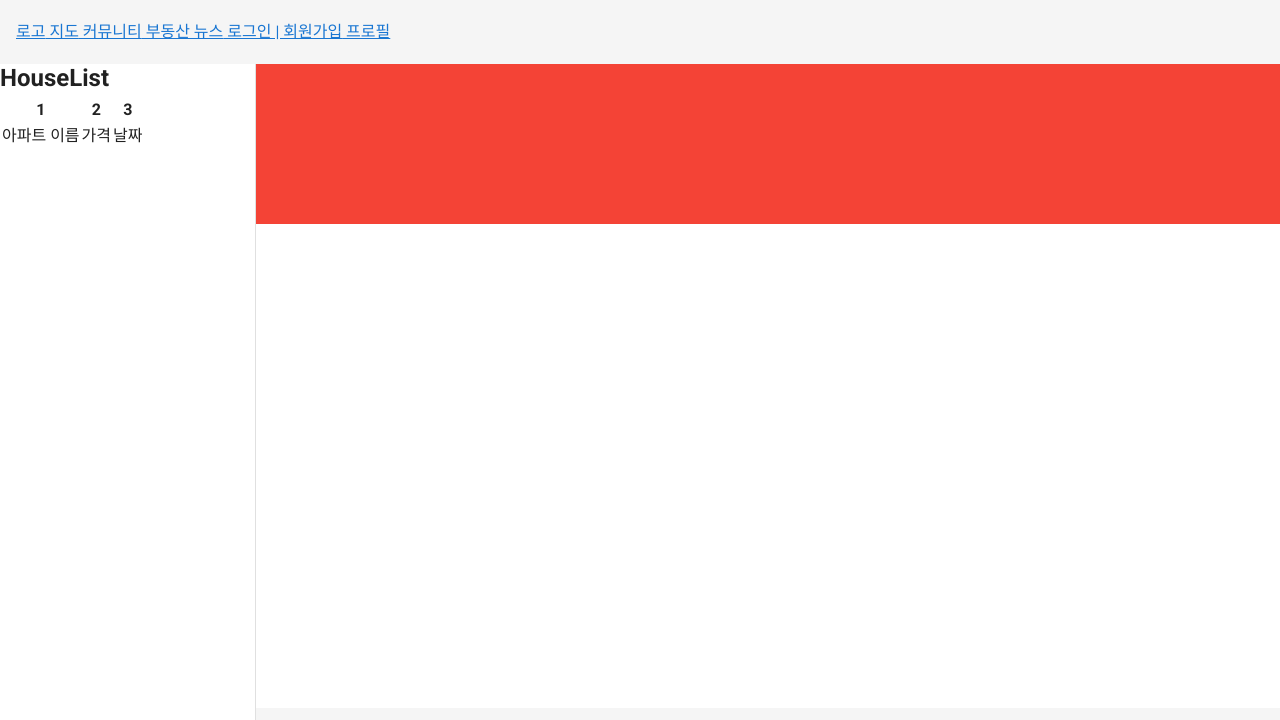
Repository: misso88/vue-whereIsMyHome
Page: /map
These files come from the project's save history. The page is drawn as it stood at one moment and after the next save; the edit follows.
The browser window is 1280 px wide. The pictures show the whole page.
The project was rebuilt for these pictures with package versions that can differ from the ones it lists, and the page was loaded fresh each time. Also part of the build but not shown: vue.config.js, src/views/AppMain.vue, src/views/AppNews.vue.

Above is the page before, as saved 2022-11-16 10:21:02.

### public/index.html
<!DOCTYPE html>
<html lang="en">
  <head>
    <meta charset="utf-8" />
    <meta http-equiv="X-UA-Compatible" content="IE=edge" />
    <meta name="viewport" content="width=device-width,initial-scale=1.0" />
    <link rel="icon" href="<%= BASE_URL %>favicon.ico" />
    <title><%= htmlWebpackPlugin.options.title %></title>
    <link
      rel="stylesheet"
      href="https://fonts.googleapis.com/css?family=Roboto:100,300,400,500,700,900"
    />
    <link
      rel="stylesheet"
      href="https://cdn.jsdelivr.net/npm/@mdi/font@latest/css/materialdesignicons.min.css"
    />
    <link
      rel="stylesheet"
      href="https://fonts.googleapis.com/css?family=Roboto:100,300,400,500,700,900"
    />
    <link
      rel="stylesheet"
      href="https://cdn.jsdelivr.net/npm/@mdi/font@latest/css/materialdesignicons.min.css"
    />
    <!-- <style>
      html{
        overflow-y: hidden !important;
      }
    </style> -->
  </head>
  <body>
    <noscript>
      <strong
        >We're sorry but <%= htmlWebpackPlugin.options.title %> doesn't work properly without
        JavaScript enabled. Please enable it to continue.</strong
      >
    </noscript>
    <div id="app"></div>
    <!-- built files will be auto injected -->
  </body>
</html>

### src/App.vue
<template>
  <v-app>
    <v-app-bar app elevation="0" >
      <the-header></the-header>
    </v-app-bar>
    <v-main>
      <router-view></router-view>
    </v-main>
    <v-footer app></v-footer>
  </v-app>
</template>

<script>
import TheHeader from "@/components/layout/TheHeader";

export default {
  name: "App",
  components: {
    TheHeader,
  },
};
</script>

### src/router/index.js
import Vue from 'vue'
import VueRouter from 'vue-router'

import AppMain from '@/views/AppMain'
import AppHouse from '@/views/AppHouse'
// import AppCommunity from '@/views/AppCommunity'
import AppNews from '@/views/AppNews'
// import AppMember from '@/views/AppMember'


Vue.use(VueRouter)

const routes = [
  {
    path: '/',
    name: 'main',
    component: AppMain
  },
  {
    path: '/map',
    name: 'map',
    component: AppHouse
  },
  {
    path: '/community',
    name: 'community',
    component: () => import("@/views/AppCommunity"),
    redirect: "/community/list",
    children: [
      {
        path: "list",
        name: "boardlist",
        component: () => import("@/components/board/BoardList")
      },
    ]
  },
  {
    path: '/news',
    name: 'news',
    component: AppNews
  },
  {
    path: '/member',
    name: 'member',
    component: () => import("@/views/AppMember"),
    children: [
      {
        path: "login",
        name: "login",
        component: () => import("@/components/member/MemberLogin")
      },
      {
        path: "join",
        name: "join",
        component: () => import("@/components/member/MemberJoin")
      },
    ]
  },
  {
    path: "/profile",
    name: "profile",
    component: () => import("@/views/TempProfile"),
    children: [
      {
        path: "mypage",
        name: "mypage",
        component: () => import("@/components/profile/ProfileMypage")
      },
      {
        path: "wishlist",
        name: "wishlist",
        component: () => import("@/components/profile/ProfileWishlist")
      },
      {
        path: "notice",
        name: "notice",
        component: () => import("@/components/profile/ProfileNotice")
      },
      {
        path: "helpcenter",
        name: "helpcenter",
        component: () => import("@/components/profile/ProfileHelpcenter")
      },
    ]
  },
]

const router = new VueRouter({
  mode: 'history',
  base: process.env.BASE_URL,
  routes
})

export default router

### src/store/index.js
import Vue from 'vue'
import Vuex from 'vuex'
import createPersistedState from "vuex-persistedstate";

Vue.use(Vuex)

export default new Vuex.Store({
  state: {
    type: null,
  },
  getters: {
  },
  mutations: {
    SET_TYPE (state, type) {
      state.type = type;
    },
  },
  actions: {
  },
  modules: {},
  plugins: [
    createPersistedState({
      // 브라우저 종료시 제거하기 위해 localStorage가 아닌 sessionStorage로 변경. (default: localStorage)
      storage: sessionStorage,
    }),
  ],

})

### src/components/layout/TheHeader.vue
<template>
  <div>
    <router-link :to="{ name: 'main' }" > 로고</router-link>
    <router-link :to="{ name: 'map'}" > 지도</router-link>
    <router-link :to="{ name: 'community'}" > 커뮤니티</router-link>
    <router-link :to="{ name: 'news'}" > 부동산 뉴스</router-link>
    <router-link :to="{ name: 'login'}" > 로그인 | 회원가입</router-link>
    <router-link :to="{ name: 'profile'}" > 프로필</router-link>
  </div>
</template>

<script>
export default {
    name: "TheHeader",
    data() {
        return {};
    }
}
</script>

<style>

</style>

### src/views/AppHouse.vue
<template>
  <v-main class="red">
    <v-navigation-drawer permanent clipped fixed>
      <house-sidebar></house-sidebar>
    </v-navigation-drawer>
    <v-container fluid>
      <house-map></house-map>
    </v-container>
  </v-main>
</template>

<script>
import HouseSidebar from "@/components/house/sidebar/HouseSidebar";
import HouseMap from "@/components/house/map/HouseMap";

export default {
  name: "AppHouse",
  components: {
    HouseSidebar,
    HouseMap
  }
};
</script>

<style>

</style>

### src/components/house/sidebar/HouseSidebar.vue
<template>
  <div>
    <h2>HouseSidebar</h2>
    <house-list-filter></house-list-filter>
    <house-list></house-list>
  </div>
</template>

<script>
import HouseList from "@/components/house/sidebar/HouseList";
import HouseListFilter from "@/components/house/sidebar/HouseListFilter";

export default {
    name: "HouseSidebar",
    components: {
        HouseList,
        HouseListFilter
    }
};
</script>

<style>

</style>

### src/components/house/map/HouseMap.vue
<template>
  <div>
    <house-map-filter></house-map-filter>
    <h2>HouseMap</h2>
  </div>
</template>

<script>
import HouseMapFilter from "@/components/house/map/HouseMapFilter";
export default {
    name: "HouseMap",
    components: {
        HouseMapFilter
    }
}
</script>

<style>

</style>

### src/components/house/sidebar/HouseList.vue
<template>
  <div>
    <h2>HouseList</h2>
    <table>
        <thead>
            <th>1</th>
            <th>2</th>
            <th>3</th>
        </thead>
        <house-list-item></house-list-item>
    </table>
    <house-detail></house-detail>
  </div>
</template>

<script>
import HouseListItem from "@/components/house/sidebar/HouseListItem";
export default {
    name: "HouseList",
    components: {
        HouseListItem
    },
};
</script>

<style>

</style>

### src/components/house/sidebar/HouseListFilter.vue
<template>
  <div>
    <button>filter1</button>
    <button>filter2</button>
    <button>filter3</button>
  </div>
</template>

<script>
export default {
    name: "HouseListFilter"
}
</script>

<style>

</style>

### src/components/house/map/HouseMapFilter.vue
<template>
  <div>
    <button>mapFilter1</button>
    <button>mapFilter2</button>
    <button>mapFilter3</button>
  </div>
</template>

<script>
export default {
    name: "HouseMapFilter"
}
</script>

<style>

</style>

### src/components/house/sidebar/HouseListItem.vue
<template>
  <tr>
    <td>아파트 이름</td>
    <td>가격</td>
    <td>날짜</td>
  </tr>
</template>

<script>
    export default {
        name: "HouseListItem",
    }
</script>

<style>

</style>

Loaded but not shown: src/main.js (common file); src/plugins/vuetify.js (common file)

After the next save:
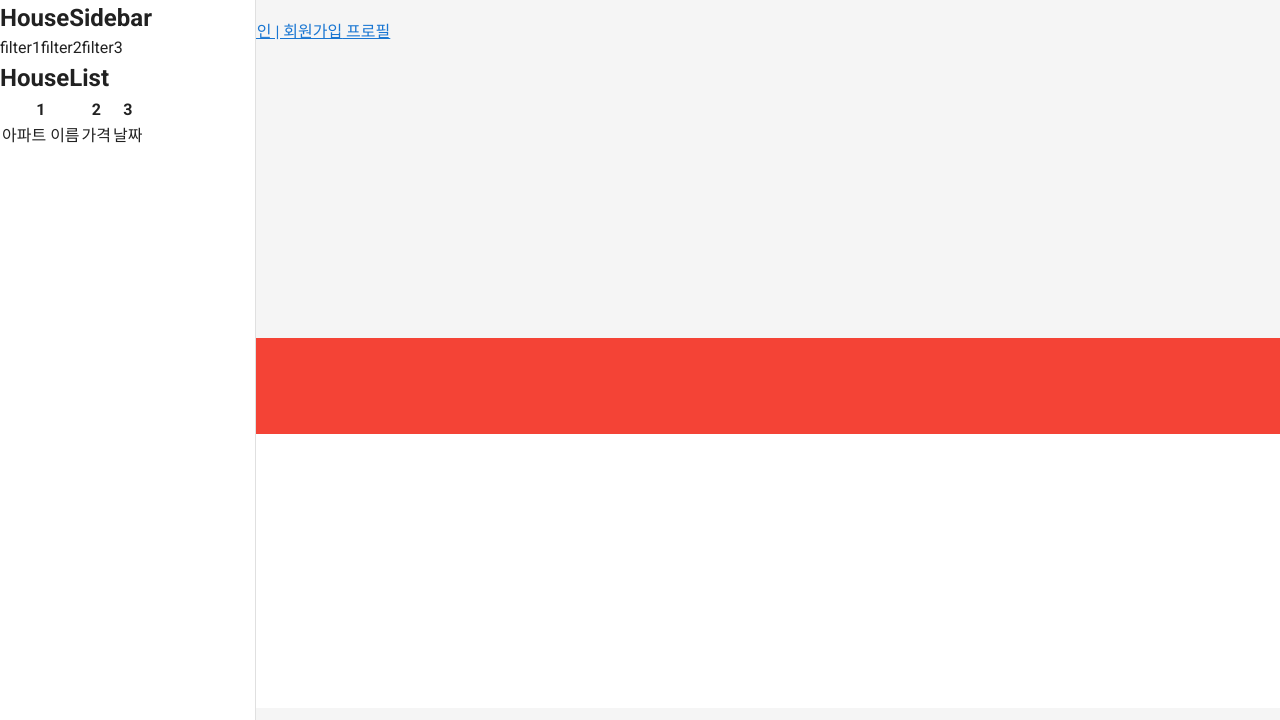
Saved 63 s later.
--- a/src/App.vue
+++ b/src/App.vue
@@ -1,6 +1,6 @@
 <template>
   <v-app>
-    <v-app-bar app elevation="0" >
+    <v-app-bar  elevation="0" >
       <the-header></the-header>
     </v-app-bar>
     <v-main>

After the save that followed:
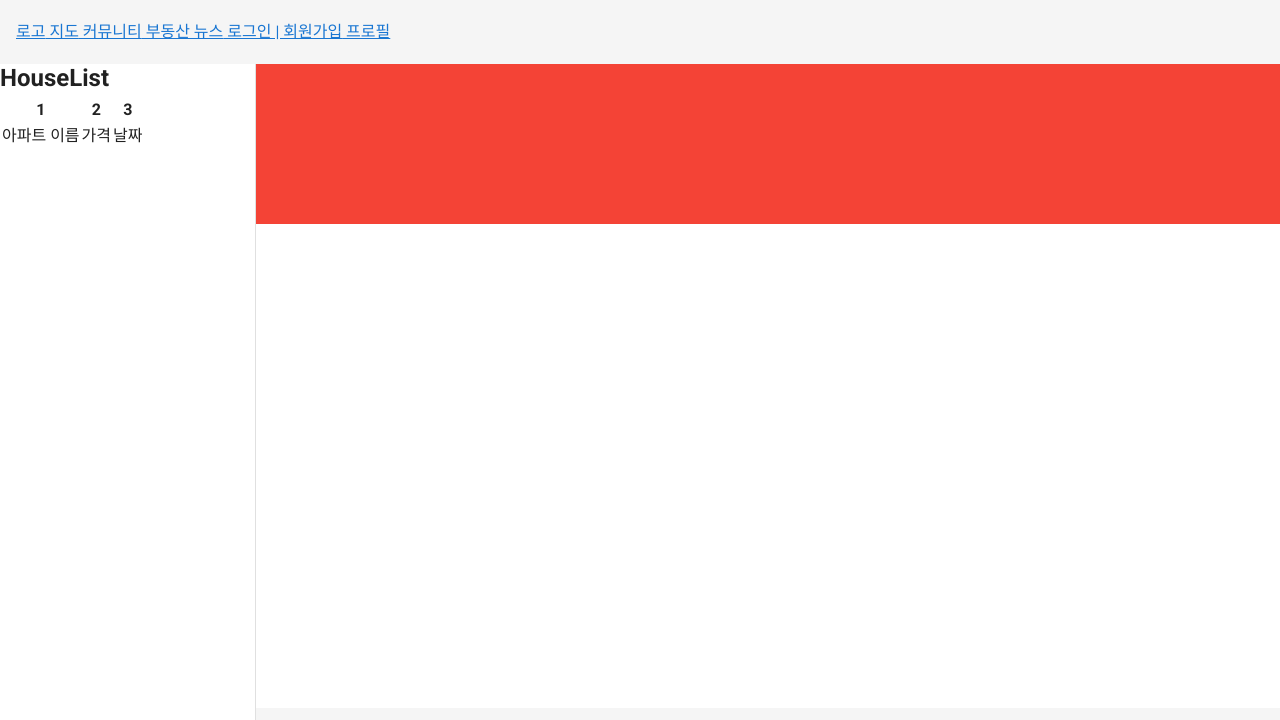
Saved 5 s later.
--- a/src/App.vue
+++ b/src/App.vue
@@ -1,6 +1,6 @@
 <template>
   <v-app>
-    <v-app-bar  elevation="0" >
+    <v-app-bar app elevation="0" >
       <the-header></the-header>
     </v-app-bar>
     <v-main>
